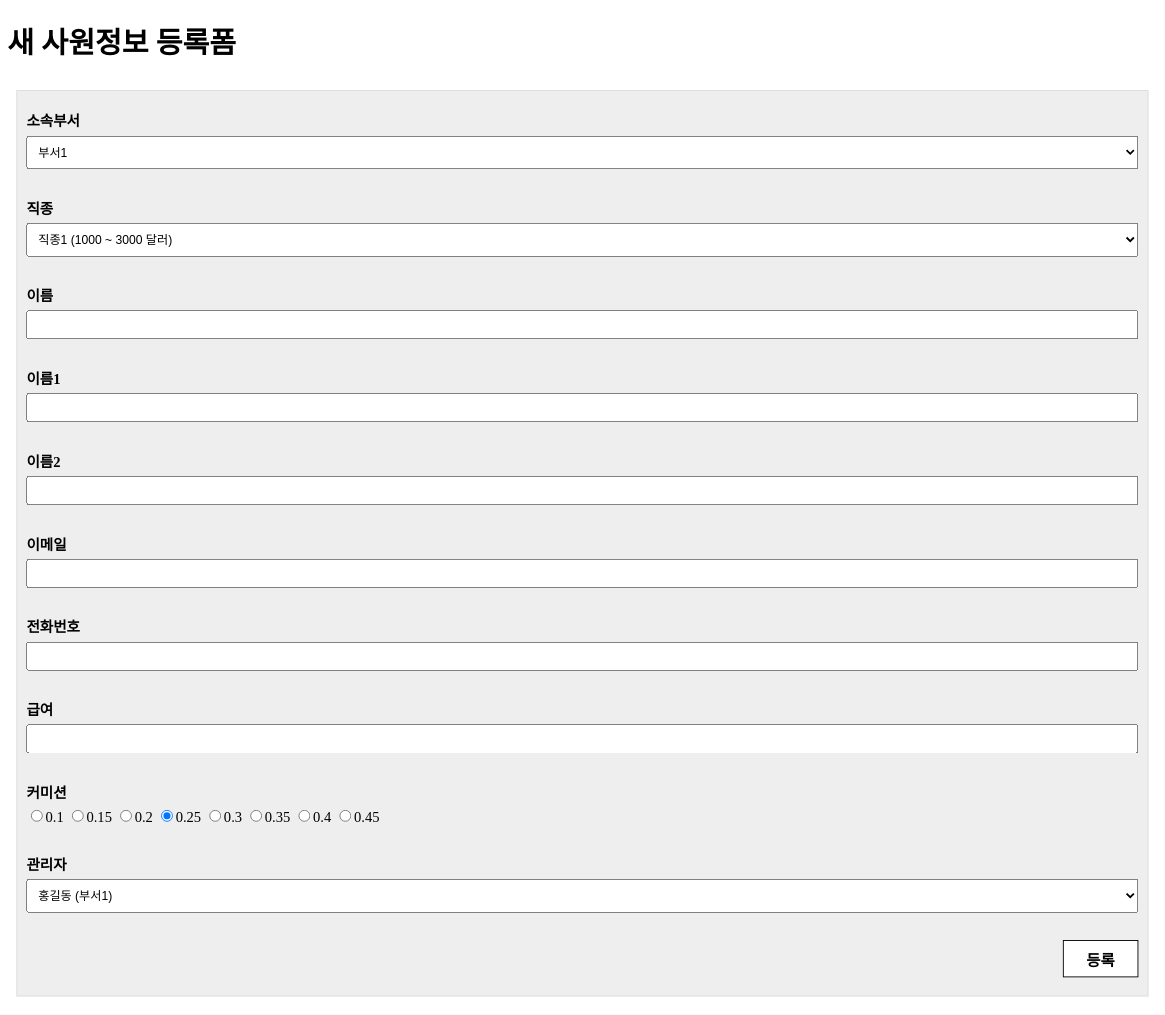
Repository: benpark0613/basic
Page: http://localhost/sample/hr/emp/form.jsp
An editor plug-in stored every save of this project. The page is shown before and after the next save, followed by the edit.
The browser window is 1280 px wide. The pictures show the whole page, at 91% of full size.
The page is served by Tomcat 9.

Above is the page before, as saved 2021-11-12 05:40:34.

After the next save:
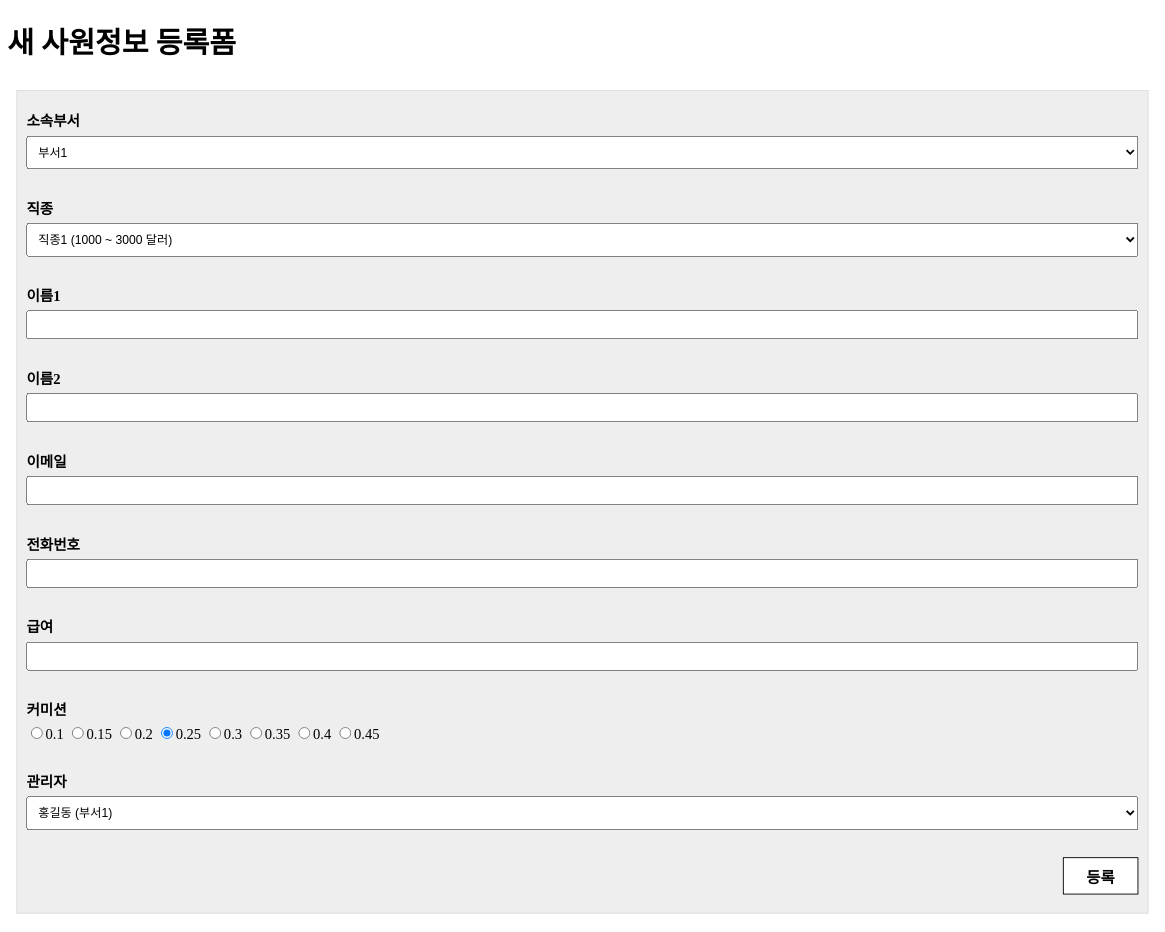
Saved 81 s later.
--- a/HR_app/sample/src/main/webapp/hr/emp/form.jsp
+++ b/HR_app/sample/src/main/webapp/hr/emp/form.jsp
@@ -27,10 +27,6 @@
 					<option value="">직종2 (3000 ~ 5000 달러)</option>
 					<option value="">직종3 (5000 ~ 10000 달러)</option>
 				</select>
-			</div>
-			<div class="form-group">
-				<label>이름</label>
-				<input type="text" name="firstName" />
 			</div>
 			<div class="form-group">
 				<label>이름1</label>
